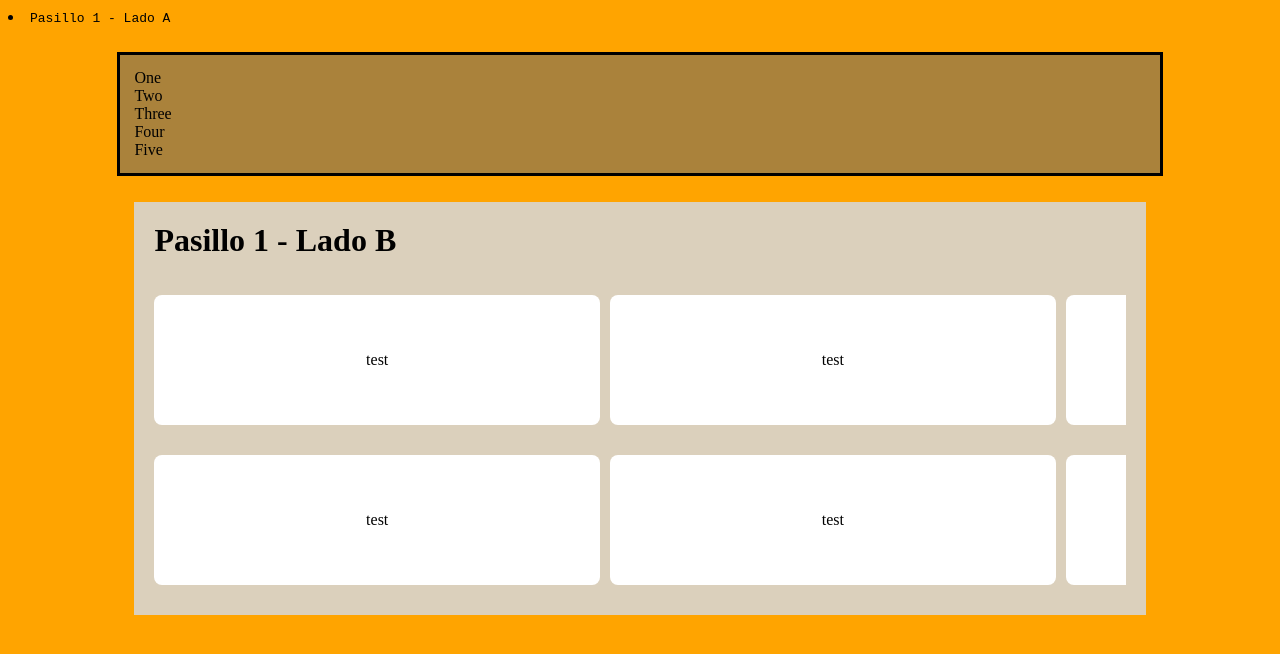
Repository: Franzcod/DepoStock_Web
Page: index.html
These files come from the project's save history. The page is drawn as it stood at one moment and after the next save; the edit follows.
The browser window is 1280 px wide. The pictures show the whole page.

Above is the page before, as saved 2020-06-07 02:30:54.
Console error: ReferenceError: ur is not defined

After the next save:
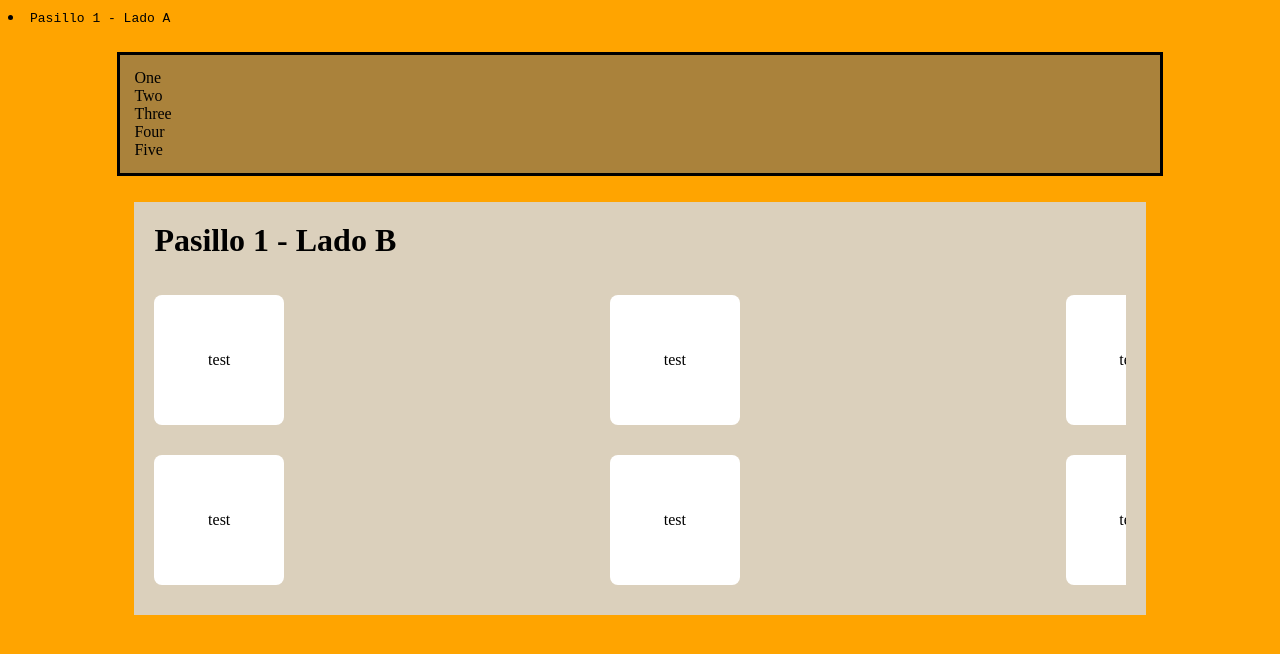
Saved 50 s later.
--- a/estilo/estilo.css
+++ b/estilo/estilo.css
@@ -78,4 +78,5 @@ align-items: center;
 background: #fff;
 border-radius: 8px;
 height: 7vw;
+width: 7vw;
 }
